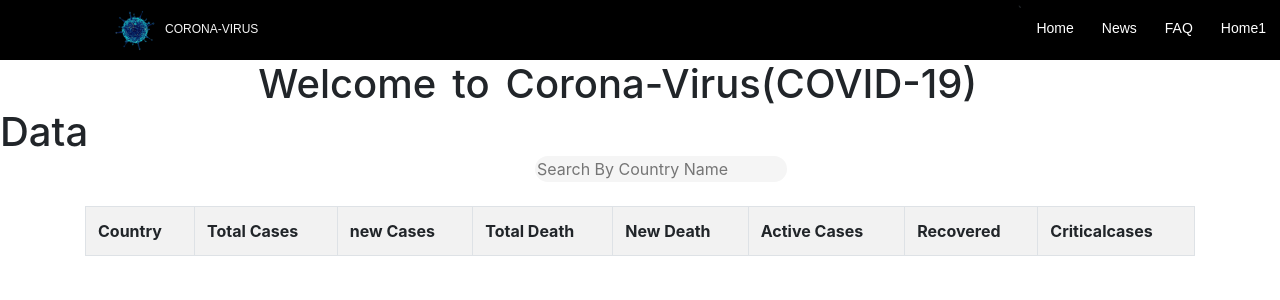
Repository: xthashankar/COVID-19-data-
Page: index.html
These files come from the project's save history. The page is drawn as it stood at one moment and after the next save; the edit follows.
The browser window is 1280 px wide. The pictures show the whole page.
The page's requests for data from a server got no answer.

Above is the page before, as saved 2020-04-16 12:19:00.

After the next save:
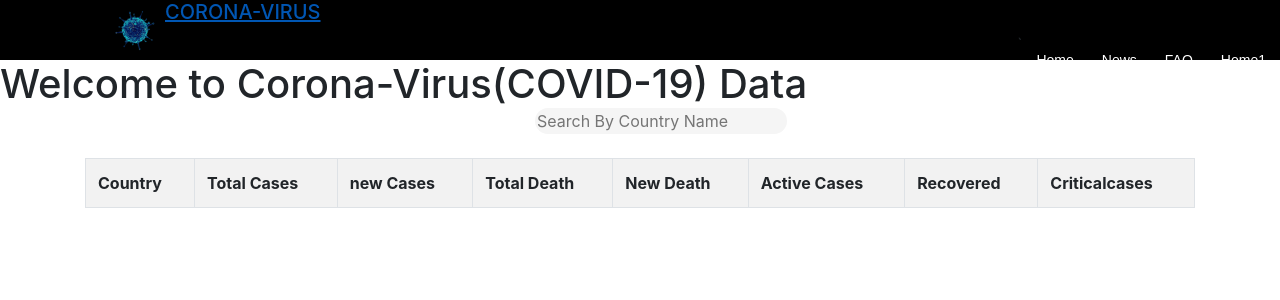
Saved 77 s later.
--- a/index.html
+++ b/index.html
@@ -16,7 +16,7 @@
        <a href="index.html">
             <img src="image/coronavirus.png" style="margin:5px;
             margin-left: 110px;">
-            <p>CORONA-VIRUS</p>
+            <h5>CORONA-VIRUS</h5>
         </a>
         <ul>
             <li><a  href="#">Home1</a></li>
